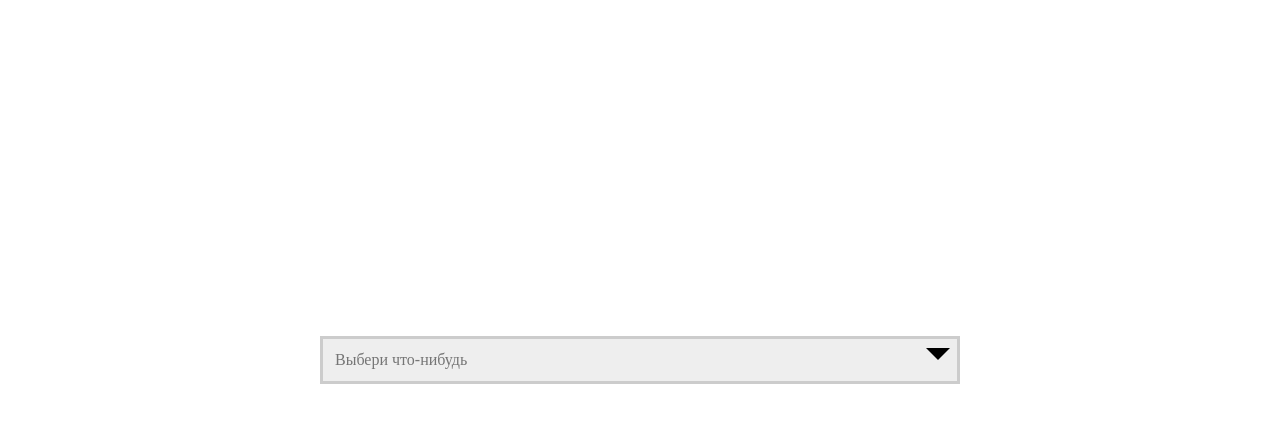
Repository: spihex/stage2-custom-dropdown
Page: index.html
These files come from the project's save history. The page is drawn as it stood at one moment and after the next save; the edit follows.
The browser window is 1280 px wide. The pictures show the whole page.

Above is the page before, as saved 2021-02-08 12:45:30.

### index.html
<!DOCTYPE html>
<html lang="ru">

    <head>
        <meta charset="UTF-8">
        <meta name="viewport" content="width=device-width, initial-scale=1.0">
        <title>stage 2 custom dropdown with filter</title>
        <link rel="stylesheet" href="./css/normalize.min.css">
        <link rel="stylesheet" href="./css/main.css">
    </head>

    <body>

        <div class="dropdown">
            <input class="dropdown__input" type="text" value="" placeholder="Выбери что-нибудь">

            <ul class="dropdown__list">
                <li class="dropdown__item">Massachusetts</li>
                <li class="dropdown__item">Michigan</li>
                <li class="dropdown__item">New Hampshire</li>
                <li class="dropdown__item">New Jersey</li>
                <li class="dropdown__item">Wisconsin</li>
                <li class="dropdown__item">Wyoming</li>
            </ul>
        </div>

        <script src="./js/main.js"></script>
    </body>

</html>

### css/normalize.min.css
/*! normalize.css v8.0.1 */html{line-height:1.15;-webkit-text-size-adjust:100%}body{margin:0}main{display:block}h1{font-size:2em;margin:.67em 0}hr{box-sizing:content-box;height:0;overflow:visible}pre{font-family:monospace,monospace;font-size:1em}a{background-color:transparent}abbr[title]{border-bottom:none;text-decoration:underline;-webkit-text-decoration:underline dotted;text-decoration:underline dotted}b,strong{font-weight:bolder}code,kbd,samp{font-family:monospace,monospace;font-size:1em}small{font-size:80%}sub,sup{font-size:75%;line-height:0;position:relative;vertical-align:baseline}sub{bottom:-.25em}sup{top:-.5em}img{border-style:none}button,input,optgroup,select,textarea{font-family:inherit;font-size:100%;line-height:1.15;margin:0}button,input{overflow:visible}button,select{text-transform:none}[type=button],[type=reset],[type=submit],button{-webkit-appearance:button}[type=button]::-moz-focus-inner,[type=reset]::-moz-focus-inner,[type=submit]::-moz-focus-inner,button::-moz-focus-inner{border-style:none;padding:0}[type=button]:-moz-focusring,[type=reset]:-moz-focusring,[type=submit]:-moz-focusring,button:-moz-focusring{outline:1px dotted ButtonText}fieldset{padding:.35em .75em .625em}legend{box-sizing:border-box;color:inherit;display:table;max-width:100%;padding:0;white-space:normal}progress{vertical-align:baseline}textarea{overflow:auto}[type=checkbox],[type=radio]{box-sizing:border-box;padding:0}[type=number]::-webkit-inner-spin-button,[type=number]::-webkit-outer-spin-button{height:auto}[type=search]{-webkit-appearance:textfield;outline-offset:-2px}[type=search]::-webkit-search-decoration{-webkit-appearance:none}::-webkit-file-upload-button{-webkit-appearance:button;font:inherit}details{display:block}summary{display:list-item}template{display:none}[hidden]{display:none}*,*:after,*:before{box-sizing:border-box}img{max-width:100%}

### css/main.css
body {
    display: flex;
    align-items: center;
    justify-content: center;
    height: 100vh;
}

input {
    outline: 0;
}

.dropdown {
    position: relative;
    width: 50%;
    height: 48px;
}

.dropdown::after {
    position: absolute;
    top: 50%;
    transform: translateY(-50%);
    right: 10px;
    height: 0;
    width: 0;
    border: solid transparent;
    border-top-color: #000;
    border-width: 12px;
    margin-left: -4px;
    content: '';
    pointer-events: none;
}

.dropdown__input {
    position: absolute;
    top: 0;
    left: 0;
    width: 100%;
    padding: 12px;
    background-color: #eee;
    border: 3px solid #ccc;
    cursor: pointer;
}

.dropdown__input:hover {
    background-color: #eee;
}

.dropdown__list {
    position: absolute;
    top: 0;
    left: 0;
    width: 100%;
    list-style: none;
    margin: 50px 0 0 0;
    padding: 0;
    overflow: hidden;
    max-height: 0;
}

.dropdown__list.open {
    max-height: 320px;
    border: 1px solid #ccc;
    overflow: auto;
}

.dropdown__item {
    position: relative;
    padding: 12px;
    display: flex;
    align-items: center;
    background-color: #eee;
    cursor: pointer;
    opacity: 1;
}

.dropdown__item:hover {
    background-color: #ddd;
}

.dropdown__item.closed {
    max-height: 0;
    overflow: hidden;
    padding: 0;
    opacity: 0;
}

### js/main.js
const dropdownInputField = document.querySelector('.dropdown__input');
const dropdownList = document.querySelector('.dropdown__list');
const dropdownListItems = document.querySelectorAll('.dropdown__item');

let previousValue;

let dropdownListItemsValues = [];
dropdownListItems.forEach(item => {
    dropdownListItemsValues.push(item.textContent);
});


dropdownInputField.addEventListener('input', () => {
    dropdownList.classList.add('open');
    let inputValue = dropdownInputField.value.toLowerCase();
    if (inputValue.length > 0) {
        for (let j = 0; j < dropdownListItemsValues.length; j++) {
            if (!(inputValue.substring(0, inputValue.length) === dropdownListItemsValues[j].substring(0, inputValue.length).toLowerCase())) {
                dropdownListItems[j].classList.add('closed');
            } else {
                dropdownListItems[j].classList.remove('closed');
            }
        }
    } else {
        for (let i = 0; i < dropdownListItems.length; i++) {
            dropdownListItems[i].classList.remove('closed');
        }
    }
});

dropdownListItems.forEach(item => {
    item.addEventListener('mousedown', (e) => {
        if (e.button === 0) {
            previousValue = item.textContent;
            dropdownInputField.value = item.textContent;

            dropdownListItems.forEach(dropdownList => {
                dropdownList.classList.add('closed');
            });
        }
    });
})

dropdownInputField.addEventListener('focus', () => {
    dropdownInputField.placeholder = 'Напиши что-нибудь';
    dropdownList.classList.add('open');
    dropdownListItems.forEach(dropdownList => {
        dropdownList.classList.remove('closed');
    });
});

dropdownInputField.addEventListener('blur', () => {

    dropdownInputField.placeholder = 'Выбери что-нибудь';
    dropdownList.classList.remove('open');

    let currentValueMatches = dropdownListItemsValues.filter(function (item) {
        return item.toLowerCase() == dropdownInputField.value.toLowerCase();
    });

    if (currentValueMatches.length < 1) {
        dropdownInputField.value = '';

    }
    if (previousValue)
        dropdownInputField.value = previousValue;

});

document.addEventListener('click', (e) => {
    const isDropdown = dropdownList.contains(e.target);
    const isInput = dropdownInputField.contains(e.target);
    if (!isDropdown && !isInput) {
        dropdownList.classList.remove('open');
    }
});

After the next save:
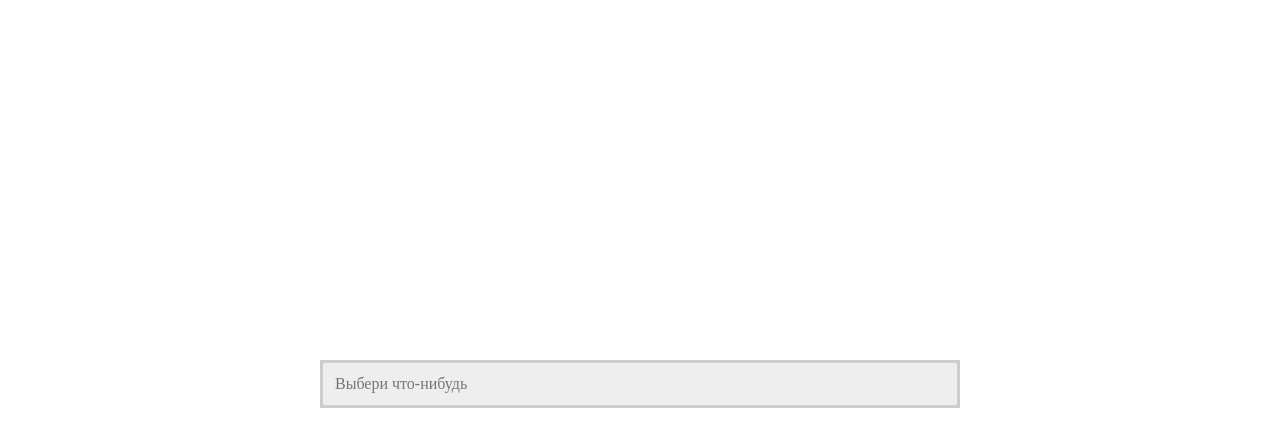
Saved 71 s later.
--- a/css/main.css
+++ b/css/main.css
@@ -12,22 +12,6 @@ input {
 .dropdown {
     position: relative;
     width: 50%;
-    height: 48px;
-}
-
-.dropdown::after {
-    position: absolute;
-    top: 50%;
-    transform: translateY(-50%);
-    right: 10px;
-    height: 0;
-    width: 0;
-    border: solid transparent;
-    border-top-color: #000;
-    border-width: 12px;
-    margin-left: -4px;
-    content: '';
-    pointer-events: none;
 }
 
 .dropdown__input {
